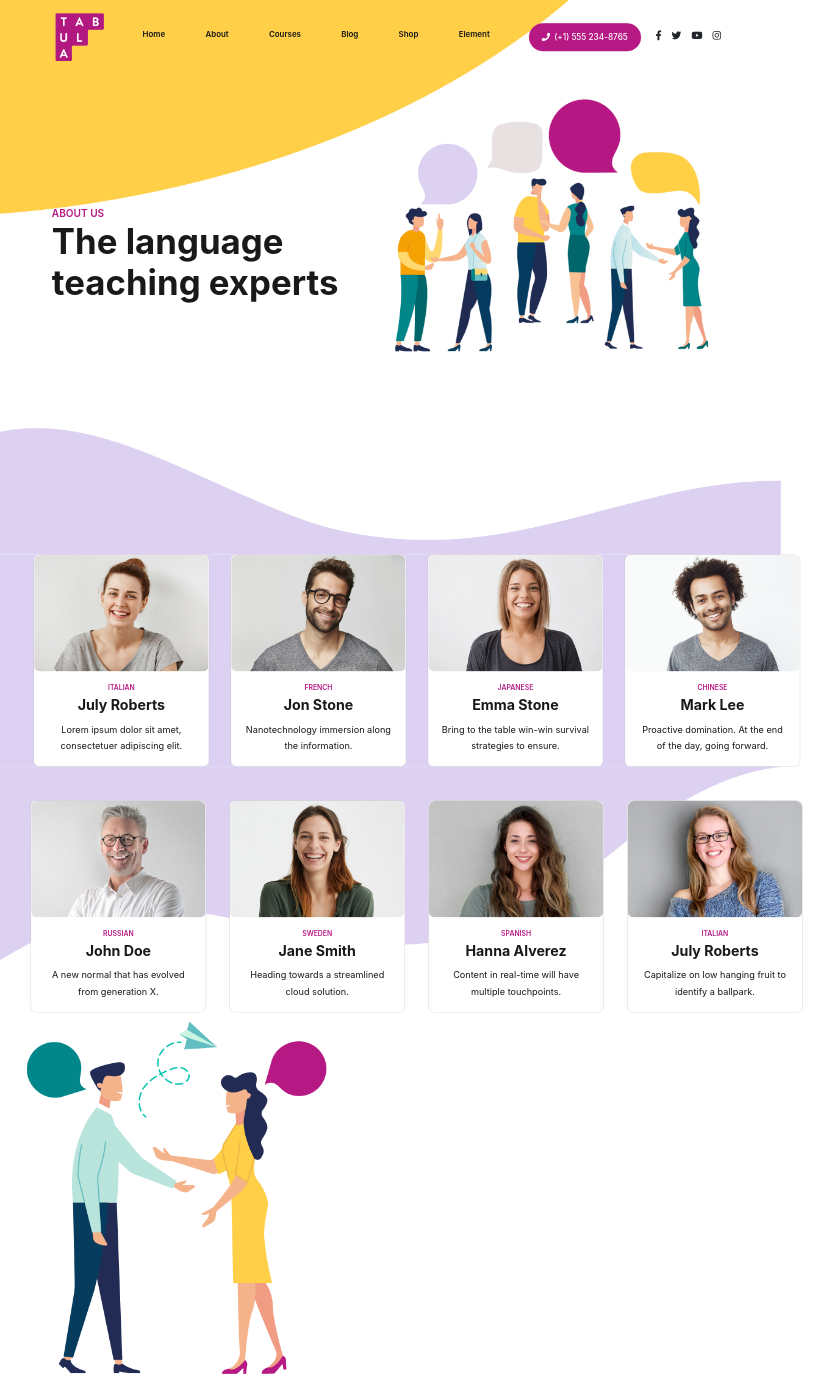
Repository: Khanh1234-glitch/TruongNguyenBaoKhanh_BC22_assignment__tabula
Page: Tabula/index.html
An editor plug-in stored every save of this project. The page is shown before and after the next save, followed by the edit.
The browser window is 1280 px wide. The page is 1366 px wide, so the pictures cover 1366 px, including what lies to the right of the window. The pictures show the whole page, at 61% of full size.
The style sheet was rebuilt from its Sass, Less or Tailwind sources for each picture, by a compiler version that may differ from the author's.

Above is the page before, as saved 2022-04-18 09:24:57.

After the next save:
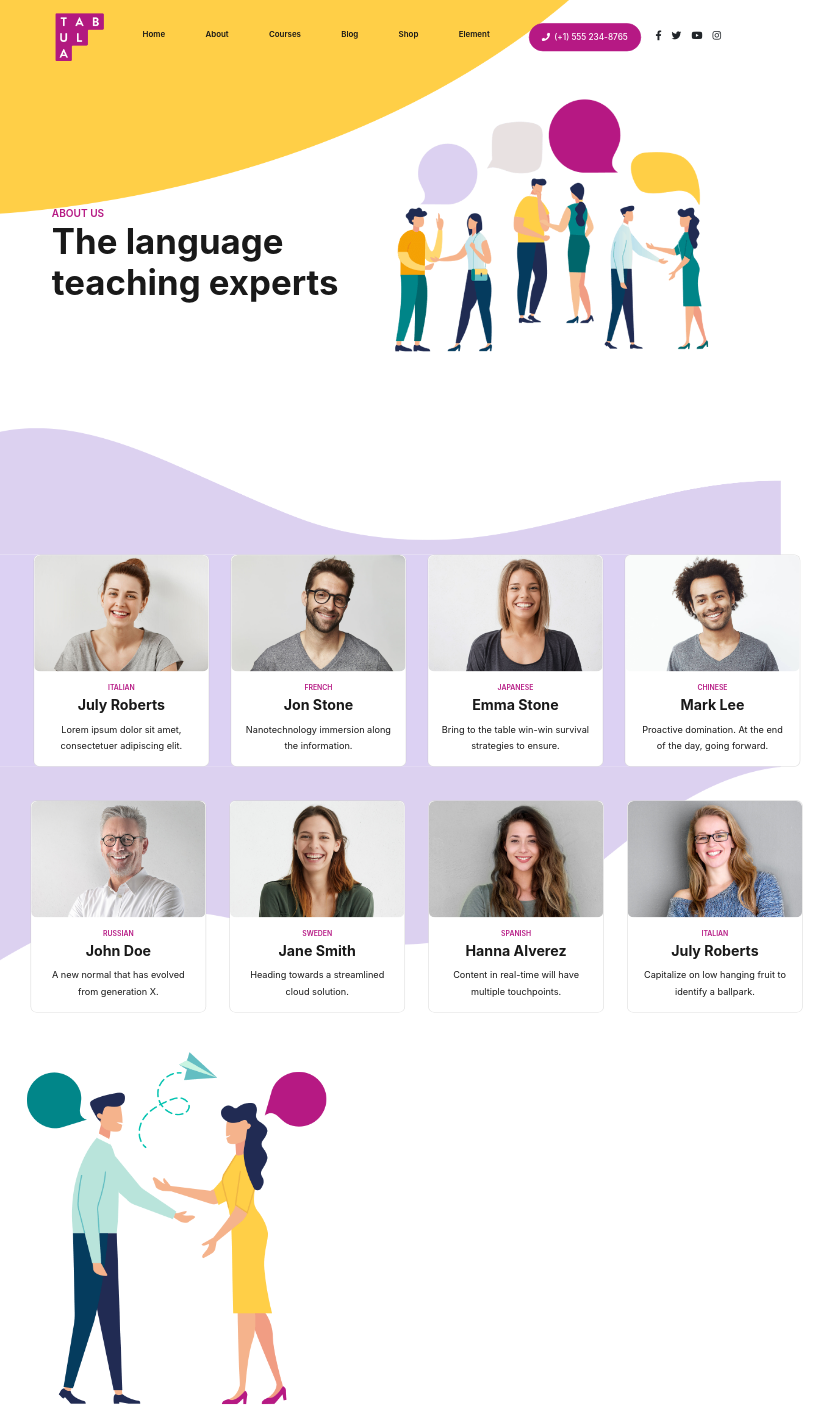
Saved 14 s later.
--- a/Tabula/Sass/Component/_card-info.scss
+++ b/Tabula/Sass/Component/_card-info.scss
@@ -1,6 +1,6 @@
 .column-img {
     position: relative;
-    margin-bottom: 100px;
+    margin-bottom: 150px;
     img {
         width: 100%;
         height: auto;
